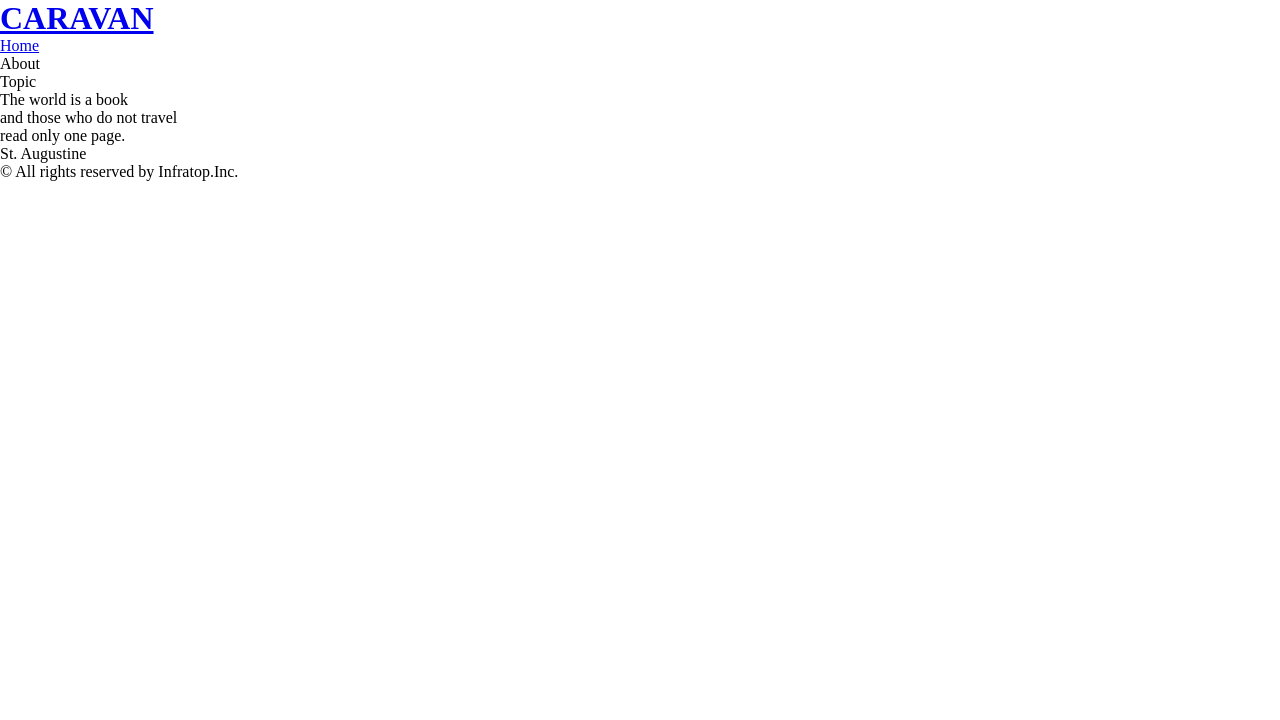
Repository: yuu3176/theme1
Page: 1-6/1-6.html
The author's editor kept a record of every edit. The page is drawn from the files as they stood at one moment, then again after the next edit.
The browser window is 1280 px wide. The pictures show the whole page.

Above is the page before.

### 1-6/1-6.html
<!DOCTYPE html>
<html lang="ja">
  <head>
    <meta charset="utf-8">
    <link rel="stylesheet" href="1-6.css">
  </head>

  <body>
    <header>
      <h1 class="heading">
        <a href="index.html">
          CARAVAN
        </a>
      </h1>
    </header>
    <nav>
      <ul class="nav-list">
        <li class="nav-list-item">
          <a href="index.html">Home</a>
        </li>
        <li class="nav-list-item">About</li>
        <li class="nav-list-item">Topic</li>
      </ul>
    </nav>
    <div class="main-visual">
      <div class="main-visual-content">
        <p class="main-visual-text">
          The world is a book<br>
          and those who do not travel<br>
          read only one page.
        </p>
        <p class="main-visual-name">
          St. Augustine
        </p>
      </div>
    </div>
    <div class="main">
      <div class="blog"></div>
      <div class="sidebar"></div>
    </div>
    <footer>
      <p class="footer-text">© All rights reserved by Infratop.Inc.</p>
    </footer>
  </body>
</html>

### 1-6/1-6.css
*{
  margin:0px;
  padding:0px;
  box-sizing: border-box;
}

.spring{
  height:200px;
  background-image: url(img/box1.jpg);
  background-size:cover;
  background-position: center;

}

.summer{
  height:200px;
  background-image: url(img/box2.jpg);
  background-size:cover;
  background-position: center;
}

.fall{
  height:200px;
  background-image: url(img/box3.jpg);
  background-size:cover;
  background-position: center;
}

.winter{
  height:200px;
  background-image: url(img/box4.jpg);
  background-size:cover;
  background-position: center;
}

After the next edit:
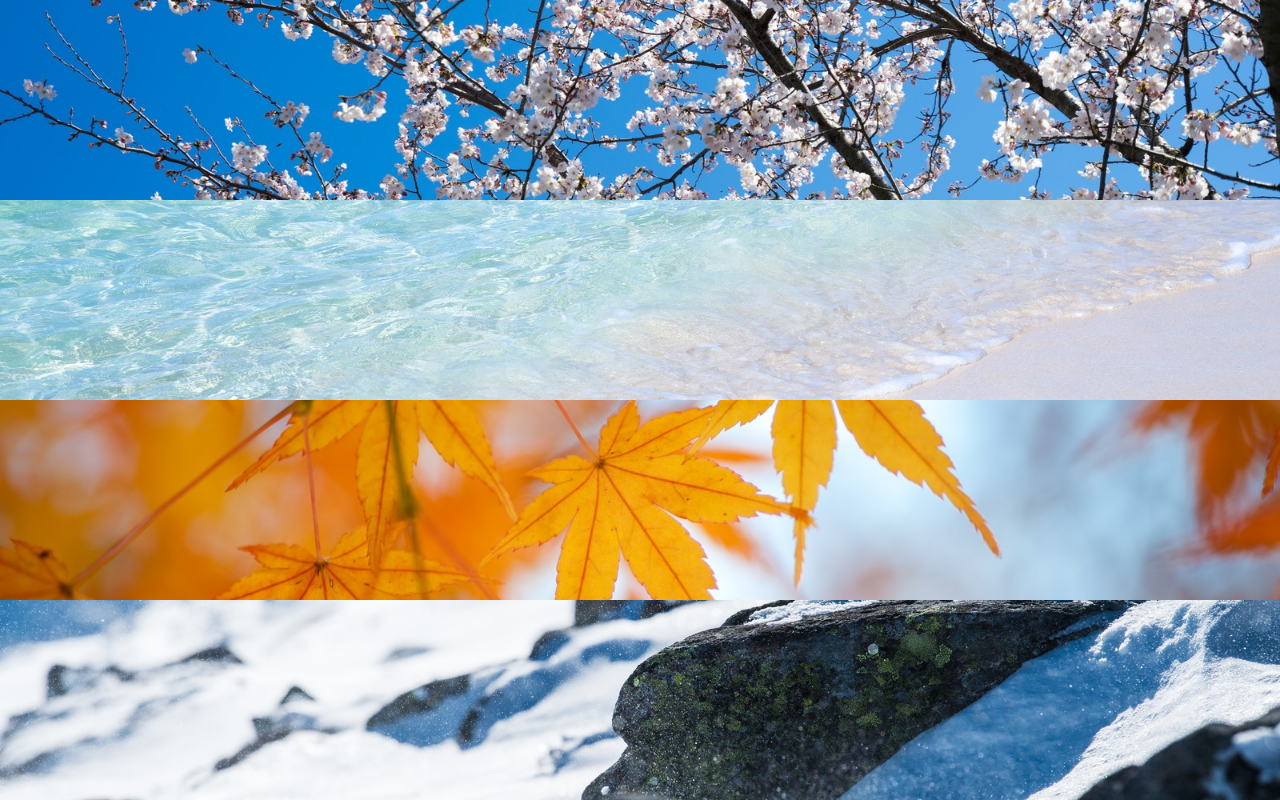
The edit:
--- a/1-6/1-6.html
+++ b/1-6/1-6.html
@@ -6,40 +6,9 @@
   </head>
 
   <body>
-    <header>
-      <h1 class="heading">
-        <a href="index.html">
-          CARAVAN
-        </a>
-      </h1>
-    </header>
-    <nav>
-      <ul class="nav-list">
-        <li class="nav-list-item">
-          <a href="index.html">Home</a>
-        </li>
-        <li class="nav-list-item">About</li>
-        <li class="nav-list-item">Topic</li>
-      </ul>
-    </nav>
-    <div class="main-visual">
-      <div class="main-visual-content">
-        <p class="main-visual-text">
-          The world is a book<br>
-          and those who do not travel<br>
-          read only one page.
-        </p>
-        <p class="main-visual-name">
-          St. Augustine
-        </p>
-      </div>
-    </div>
-    <div class="main">
-      <div class="blog"></div>
-      <div class="sidebar"></div>
-    </div>
-    <footer>
-      <p class="footer-text">© All rights reserved by Infratop.Inc.</p>
-    </footer>
+    <div class="spring"></div>
+    <div class="summer"></div>
+    <div class="fall"></div>
+    <div class="winter"></div>
   </body>
 </html>
